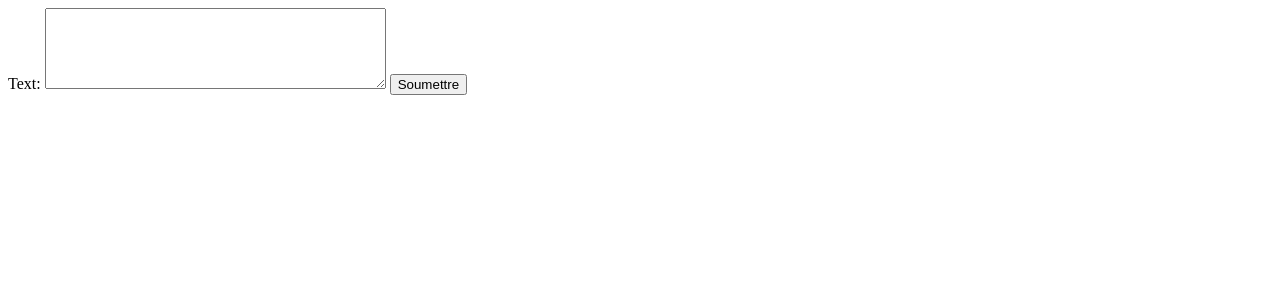
Repository: Dispasim/API2
Page: http://localhost/
An editor plug-in stored every save of this project. The page is shown before and after the next save, followed by the edit.
The browser window is 1280 px wide. The pictures show the whole page.
The page is served by the project's application, run on Django 4.2 (manage.py).

Above is the page before, as saved 2023-11-15 02:25:02.

After the next save:
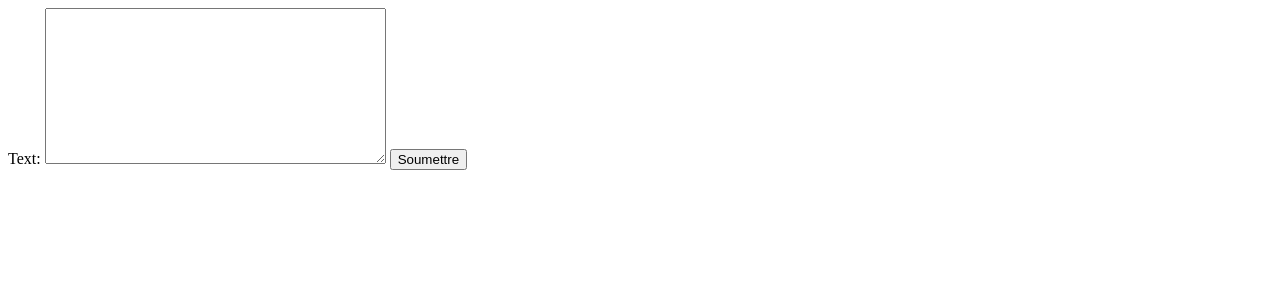
Saved 21 s later.
--- a/projet/forms.py
+++ b/projet/forms.py
@@ -2,4 +2,4 @@ from django import forms
 
 
 class CreateSubtradeForm(forms.Form):
-    text_subtrade = forms.CharField(label = "Text", max_length=100,widget=forms.Textarea(attrs={'rows': 5, 'cols': 40,'class': 'boites-container'}))
+    text_subtrade = forms.CharField(label = "Text", max_length=100,widget=forms.Textarea(attrs={'class': 'boites-container'}))
